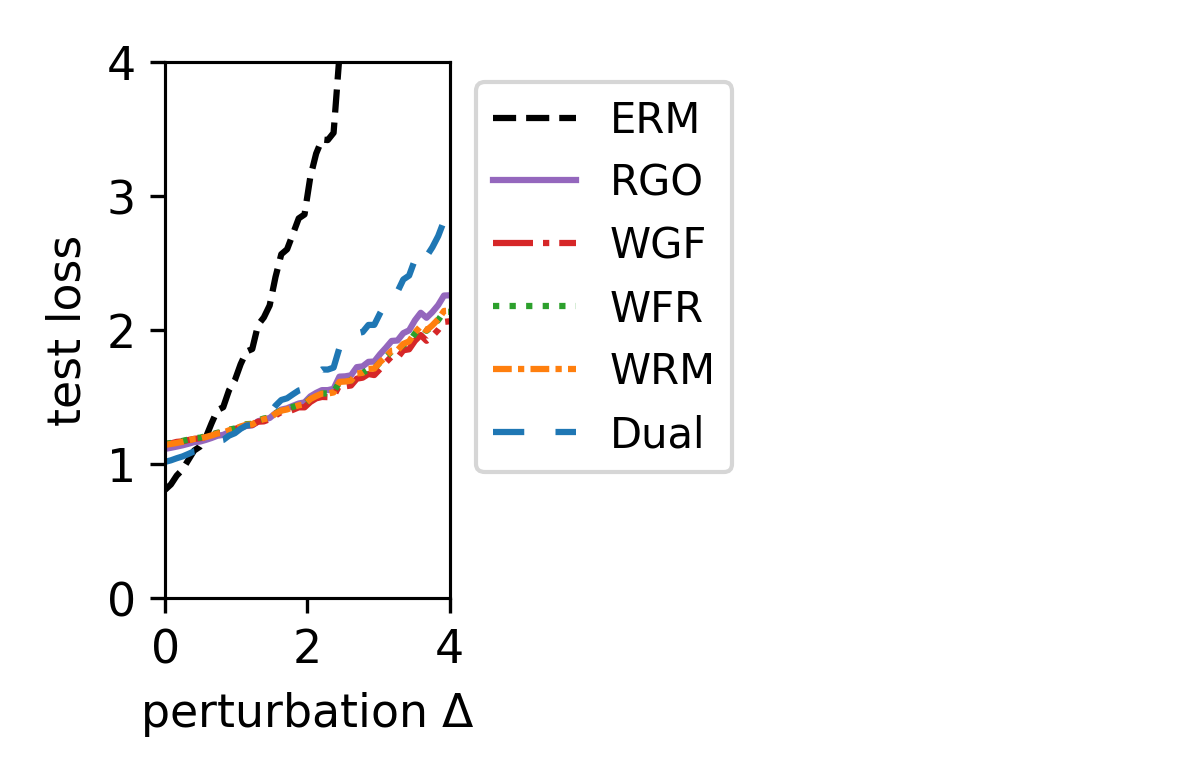
Repository: ZusenXu/GFS-DRO
Script's output: python uncertain_least_squares/uncertain_least_squares.py
The author's editor kept a copy of each file at every save. The script's output is drawn from the files as they stood at one save, then again after the next save.
Random numbers start from a fixed seed.

Above is the script's output before, as saved 2025-09-13 21:01:13.

After the next save:
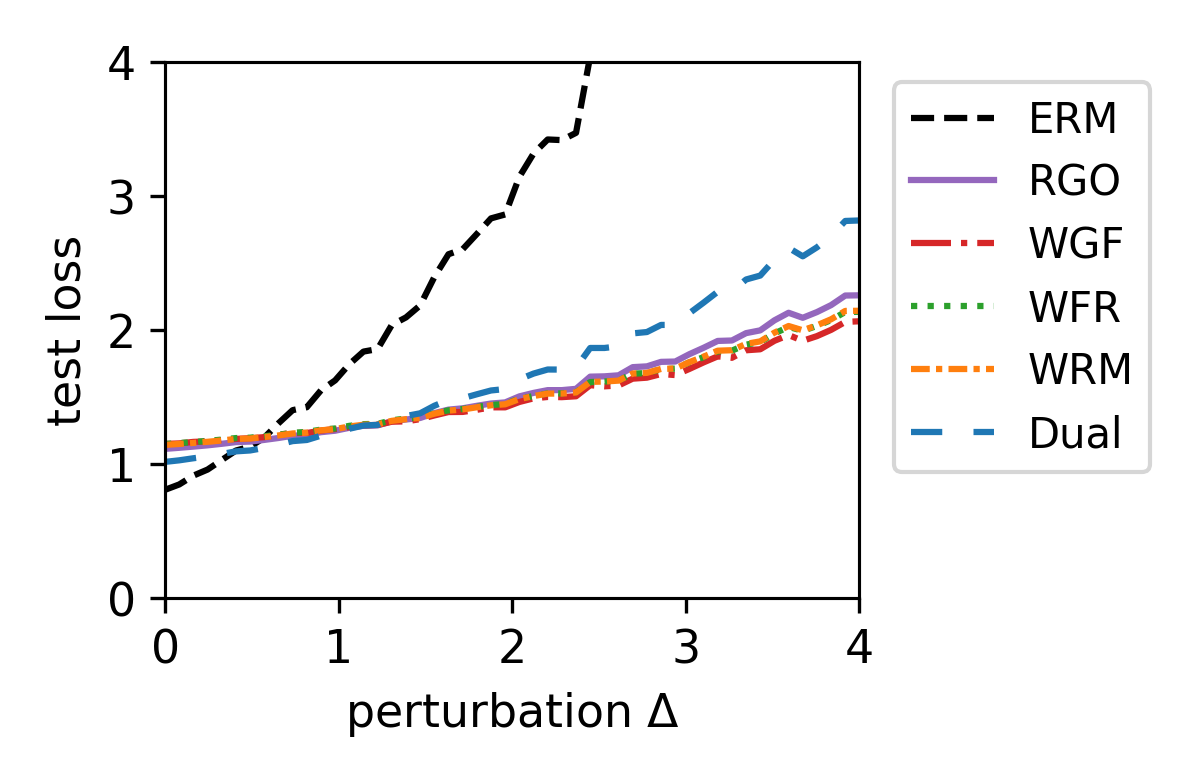
Saved 12 s later.
--- a/uncertain_least_squares/uncertain_least_squares.py
+++ b/uncertain_least_squares/uncertain_least_squares.py
@@ -300,7 +300,7 @@ def run_experiment():
 # --- 12. 结果可视化 ---
 def plot_results(delta_values, results):
     """ 绘制所有模型损失随扰动 delta 变化的曲线 """
-    fig, ax = plt.subplots(figsize=(2.613, 2.613), dpi=300)
+    fig, ax = plt.subplots(figsize=(4, 2.613), dpi=300)
 
     styles = {
         'ERM': {'color': 'k', 'linestyle': '--'},
